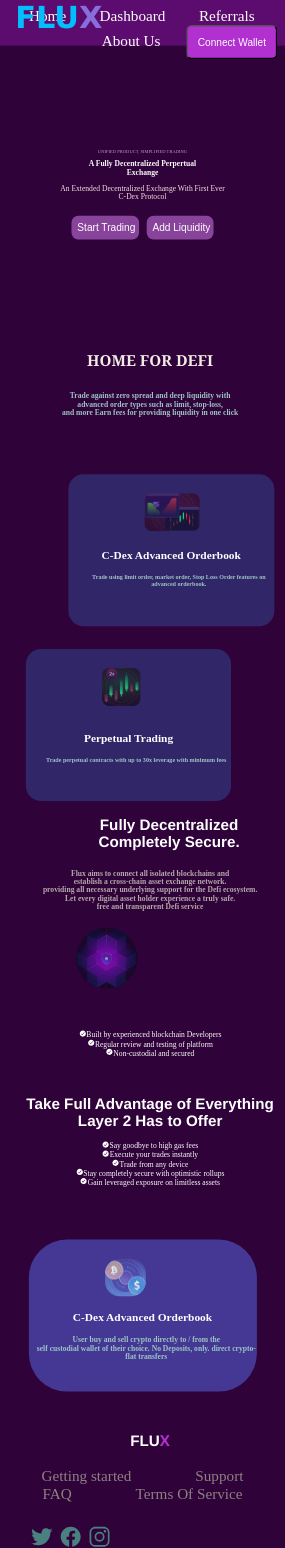
Repository: Tobby004/Flux-figma
Page: index.html
The author's editor kept a copy of each file at every save. The page is drawn from the files as they stood at one save, then again after the next save.
The browser window is 375 px wide. The pictures show the whole page, at 76% of full size.

Above is the page before, as saved 2023-04-28 21:48:06.

After the next save:
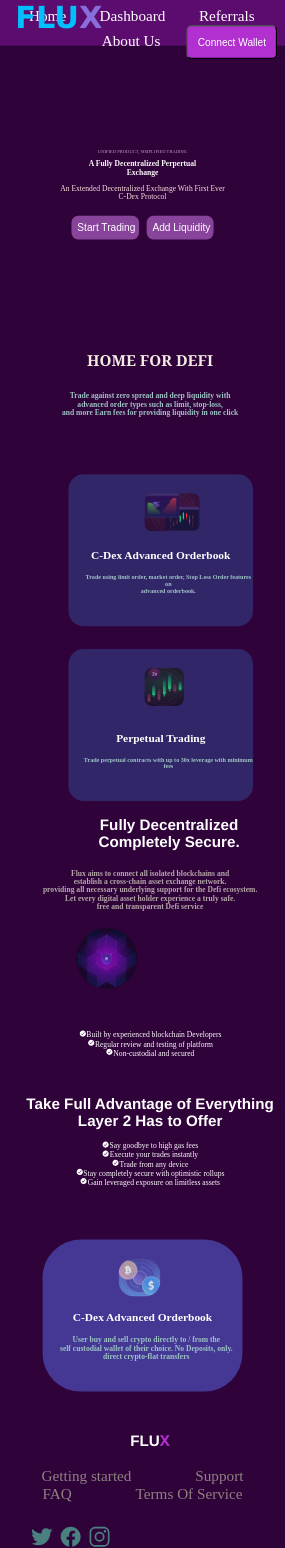
Saved 3 min 58 s later.
--- a/style.css
+++ b/style.css
@@ -275,7 +275,7 @@ p {
  .box1{
     margin-top: 30px;
     height: 200px;
-    width: 80%;
+    width: 70%;
     margin-left: 90px;
 
  }
@@ -294,9 +294,9 @@ p {
  .box2 {
     margin-top: 30px;
     height: 200px;
-    width: 80%;
-    margin-left: auto;
-    margin-right: auto;
+    width: 70%;
+    margin-left: 90px;
+
  }
  .box2 img {
    height: 50px;
@@ -337,7 +337,7 @@ p {
  }
  .box3 {
     height: 200px;
-    width: 80%;
+    width: 70%;
  }
 .box3 img {
     height: 50px;
